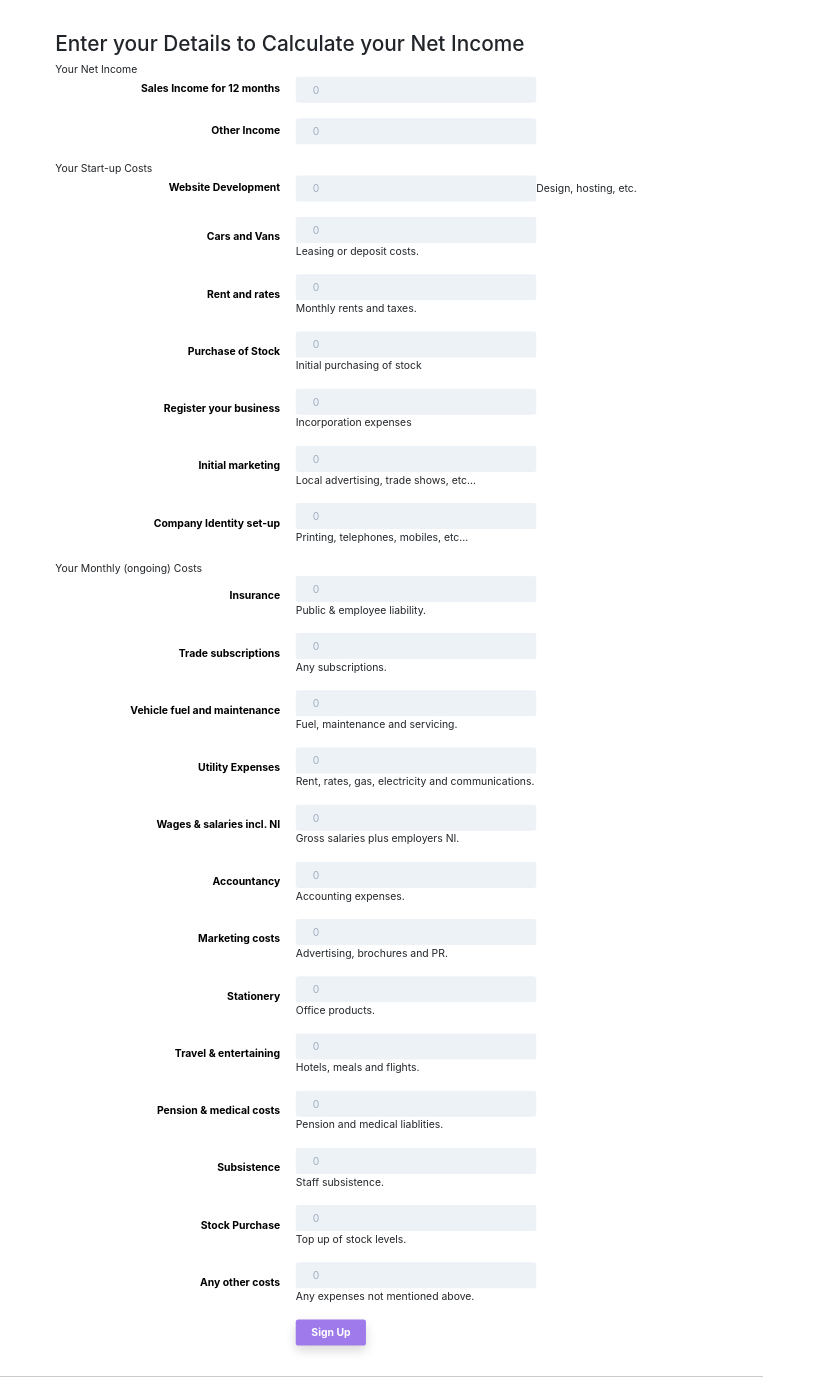
Repository: latenightsnacc/Financial-Forecast
Page: financial-forecast.html
The author's editor kept a copy of each file at every save. The page is drawn from the files as they stood at one save, then again after the next save.
The browser window is 1280 px wide. The pictures show the whole page, at 65% of full size.

Above is the page before, as saved 2020-11-15 13:56:28.

After the next save:
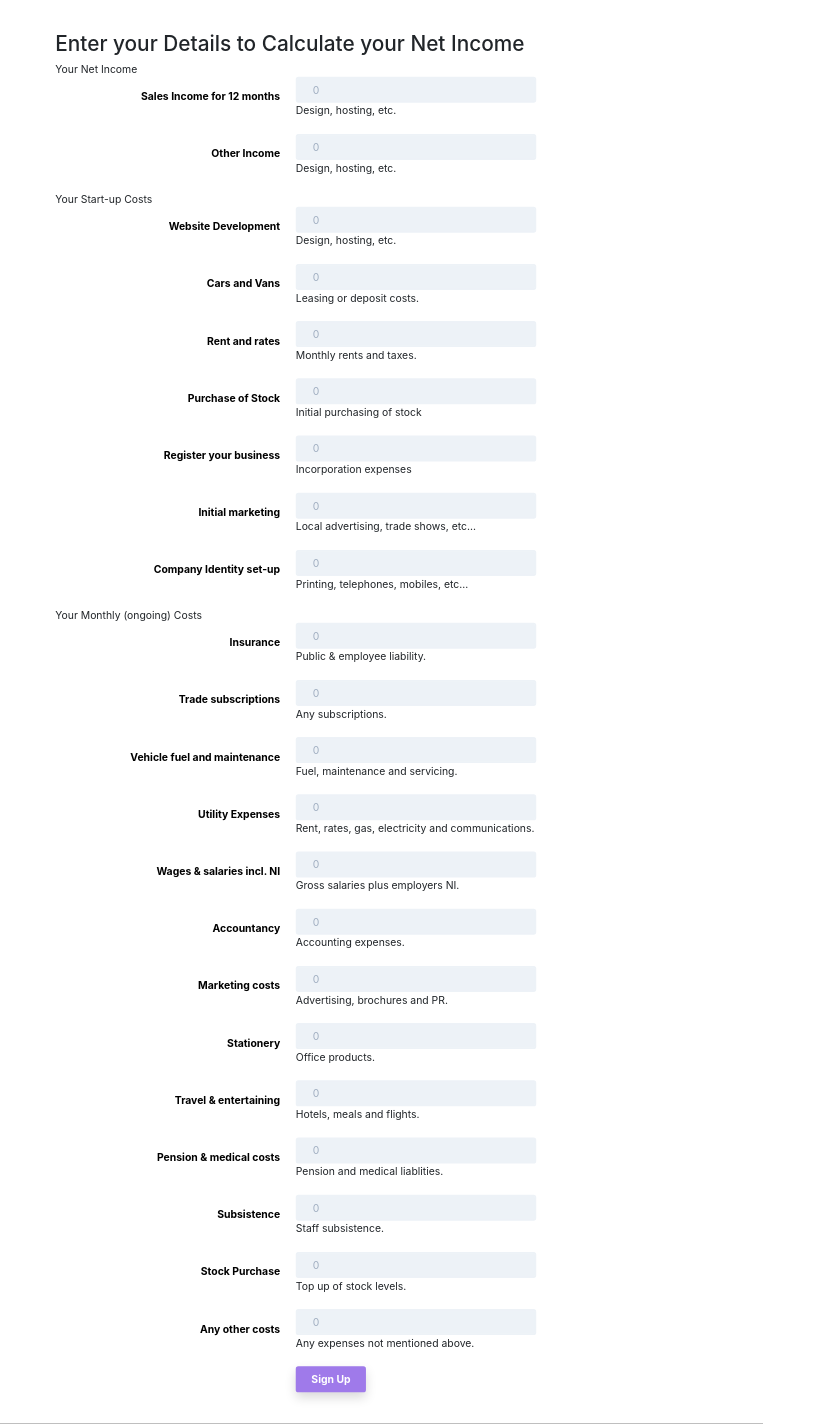
Saved 7 min 4 s later.
--- a/financial-forecast.html
+++ b/financial-forecast.html
@@ -34,7 +34,8 @@
                   </div>
                   <div class="md:w-1/3">
                     <input class="bg-gray-200 appearance-none border-2 border-gray-200 rounded w-full py-2 px-4 text-gray-700 leading-tight focus:outline-none focus:bg-white focus:border-grey-500" id="inline-full-name" type="text" placeholder="0">
-                  </div>
+                    <span class="eg">Design, hosting, etc.</span>
+                </div>
                 </div>
                 <!--Other Income-->
                 <div class="md:flex md:items-center mb-6">
@@ -45,6 +46,7 @@
                     </div>
                     <div class="md:w-1/3">
                       <input class="bg-gray-200 appearance-none border-2 border-gray-200 rounded w-full py-2 px-4 text-gray-700 leading-tight focus:outline-none focus:bg-white focus:border-grey-500" id="inline-full-name" type="text" placeholder="0">
+                      <span class="eg">Design, hosting, etc.</span>
                     </div>
                 </div>
             <!--STARTUP COSTS-->
@@ -58,8 +60,8 @@
                     </div>
                     <div class="md:w-1/3">
                         <input class="bg-gray-200 appearance-none border-2 border-gray-200 rounded w-full py-2 px-4 text-gray-700 leading-tight focus:outline-none focus:bg-white focus:border-grey-500" id="inline-full-name" type="text" placeholder="0">
-                    </div>
-                    <span class="eg">Design, hosting, etc.</span>
+                        <span class="eg">Design, hosting, etc.</span>
+                    </div>
                 </div>
                 <!--Website Development-->
                 <div class="md:flex md:items-center mb-6">
